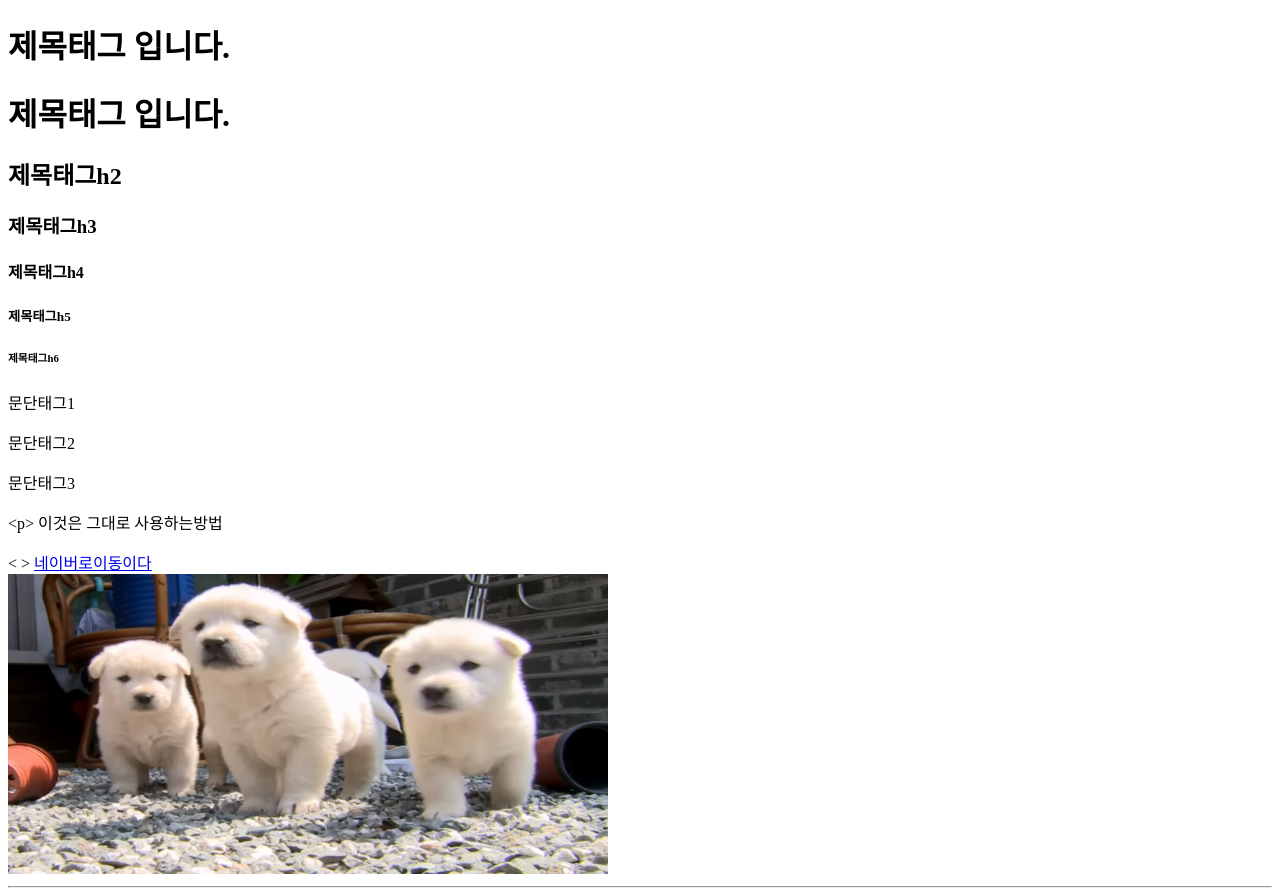
Repository: Devhyeongseon/Academy_Jsp
Page: JSPBasic/src/main/webapp/HTML/index01_P.html
These files come from the project's save history. The page is drawn as it stood at one moment and after the next save; the edit follows.
The browser window is 1280 px wide. The pictures show the whole page.

Above is the page before, as saved 2024-01-09 08:41:48.

After the next save:
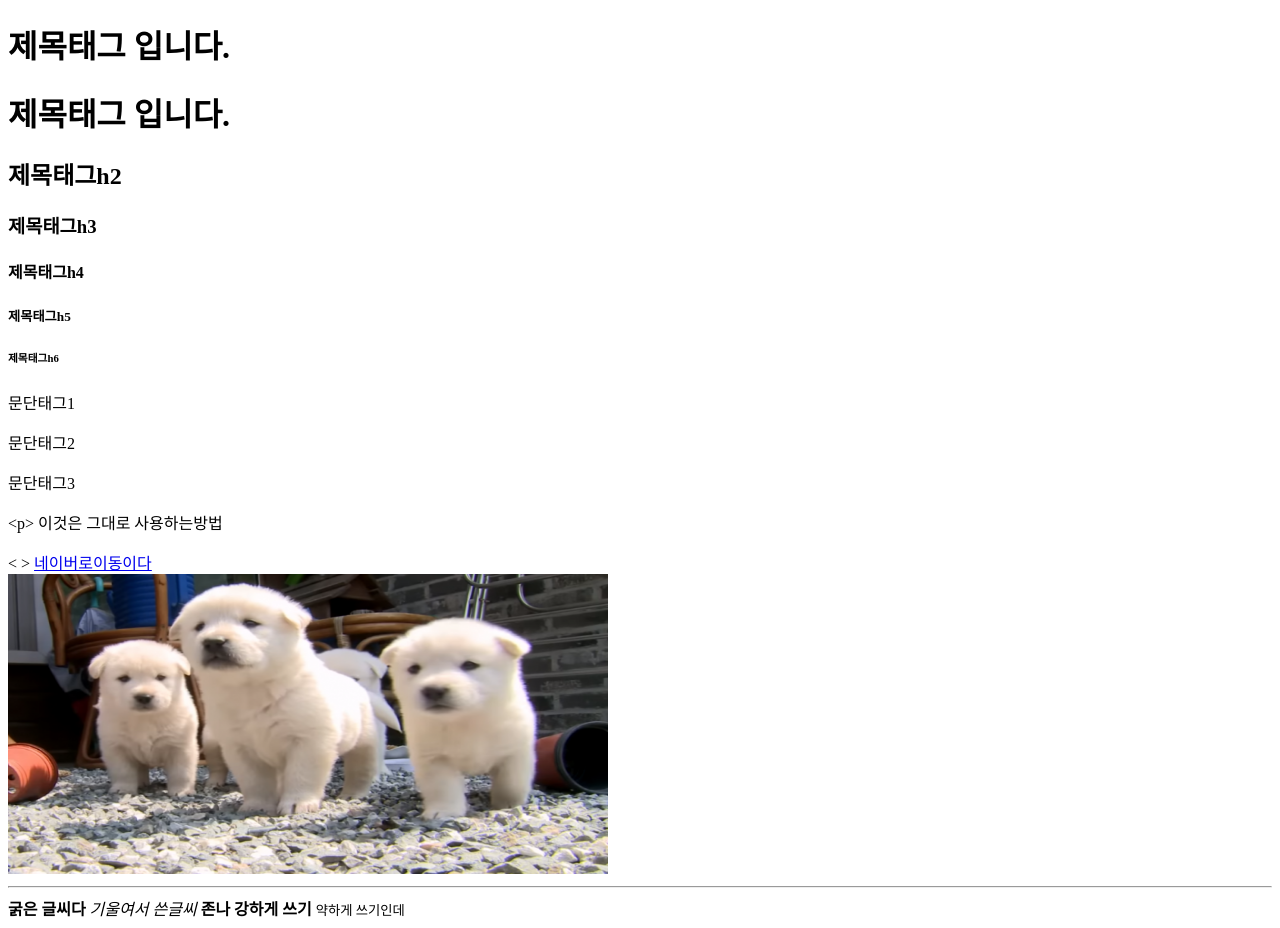
Saved 50 s later.
--- a/JSPBasic/src/main/webapp/HTML/index01_P.html
+++ b/JSPBasic/src/main/webapp/HTML/index01_P.html
@@ -25,6 +25,10 @@
 	<img src ="./img/테스트1.jpg" alt="이미지안나올때 대체할 텍스트랜다." width = 600, height = 300/>
 
 	<hr>
+	<b>굵은 글씨다</b>
+	<i>기울여서 쓴글씨</i>
+	<strong>존나 강하게 쓰기</strong>
+	<small> 약하게 쓰기인데</small>
 
 
 <body>
